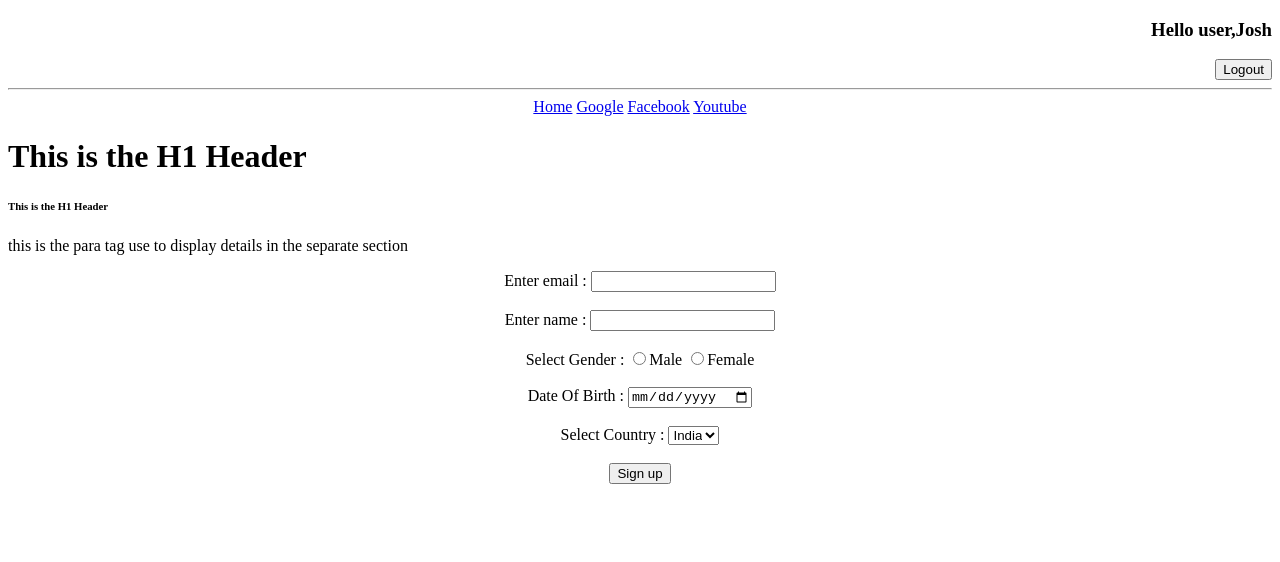
Repository: devandevare/Java
Page: Adv Java/Projects/first-web-app/src/main/webapp/demo.html
These files come from the project's save history. The page is drawn as it stood at one moment and after the next save; the edit follows.
The browser window is 1280 px wide. The pictures show the whole page.

Above is the page before, as saved 2022-09-25 05:58:57.

### Adv Java/Projects/first-web-app/src/main/webapp/demo.html
<!DOCTYPE html>
<html>
	<head>
	<meta charset="ISO-8859-1">
	<title> Html Revision</title>
	</head>
	<body>
		<div align="right">
			<h3>Hello user,Josh</h3>
			<button>Logout</button>
		</div>
		<hr>
	<div align="center">
	<a href="#">Home</a>
	<a href="https://www.google.com">Google</a>
	<a href="https://ww.facebook.com">Facebook</a>
	<a href="https://www.youtube.com">Youtube</a>


	</div>
		<h1>This is the H1 Header</h1>
		<h6>This is the H1 Header</h6>

		<p>
		this is the para tag use to display details in the separate section
		</p>

		<div align="center">
		<form action="" method="get">
		<label>Enter email :</label>
		<input type="email" name="email"> </input>
		<br/>
		<br/>
			<label>Enter name :</label>
		<input type="text" name="name"> </input>
		<br/>
		<br/>
			<label>Select Gender :</label>
		<input type="radio" name="gender" value="Male">Male </input>
		<input type="radio" name="gender" value="Female">Female </input>
		<br/>
		<br/>
			<label>Date Of Birth :</label>
		<input type="date" name="dob" />
		<br/>
		<br/>
			<label>Select Country :</label>
			<select name="country">
			<option value="India">India</option>
			<option value="UK">UK</option>
			<option value="US">Us</option>
			<option value="aus">Aus</option>
			</select>
			<br/>
			<br/>
		<button type="submit">Sign up</button>
		</form>
		</div>



	</body>
</html>

After the next save:
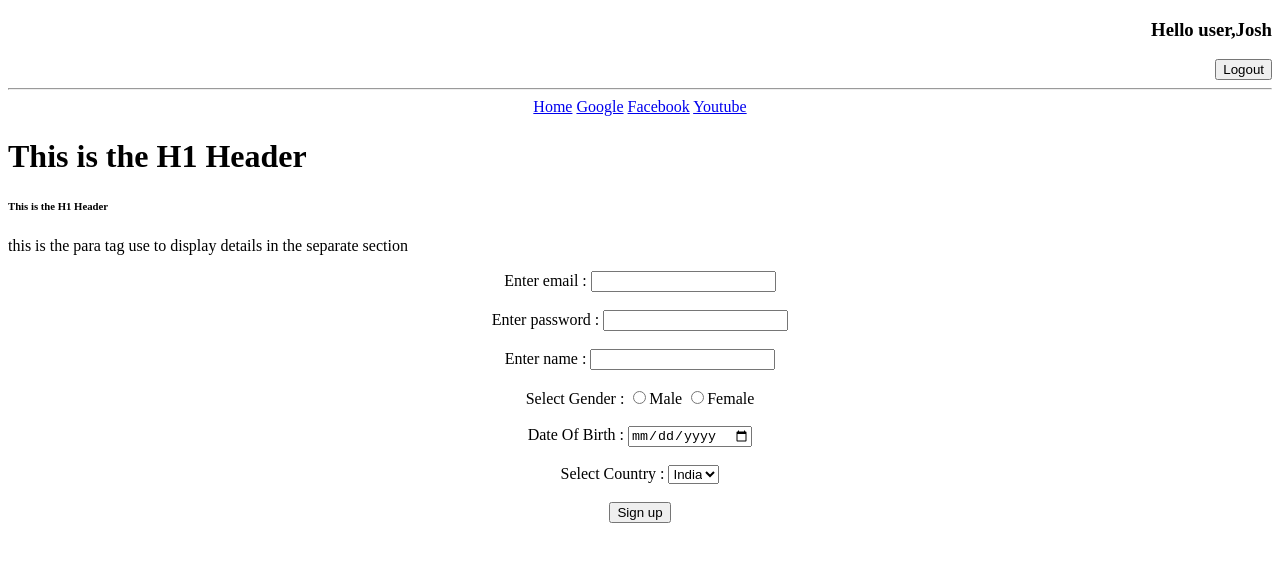
Saved 90 s later.
--- a/Adv Java/Projects/first-web-app/src/main/webapp/demo.html
+++ b/Adv Java/Projects/first-web-app/src/main/webapp/demo.html
@@ -31,6 +31,10 @@
 		<input type="email" name="email"> </input>
 		<br/>
 		<br/>
+			<label>Enter password :</label>
+		<input type="text" name="name"> </input>
+		<br/>
+		<br/>
 			<label>Enter name :</label>
 		<input type="text" name="name"> </input>
 		<br/>
